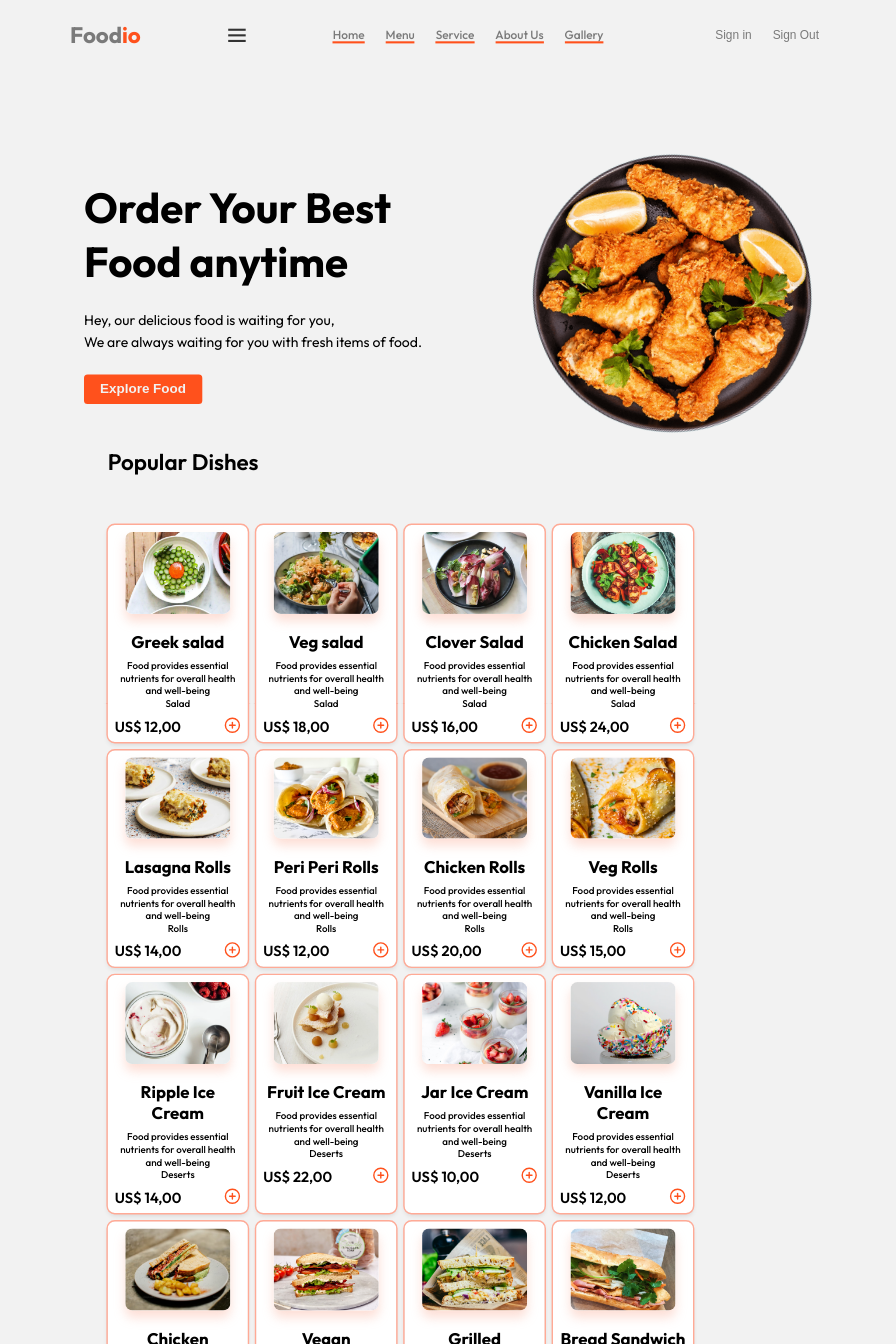
Repository: guilhermecardoso93/foodio
Page: /
An editor plug-in stored every save of this project. The page is shown before and after the next save, followed by the edit.
The browser window is 1280 px wide. The pictures show the part of the page from y = 0 to 1920 px (the page is 3481 px tall before and 720 px after), at 70% of full size.
The project was rebuilt for these pictures with package versions that can differ from the ones it lists, and the page was loaded fresh each time. Also part of the build but not shown: vite.config.js, src/index.css.

Above is the page before, as saved 2024-11-05 20:54:54.

After the next save:
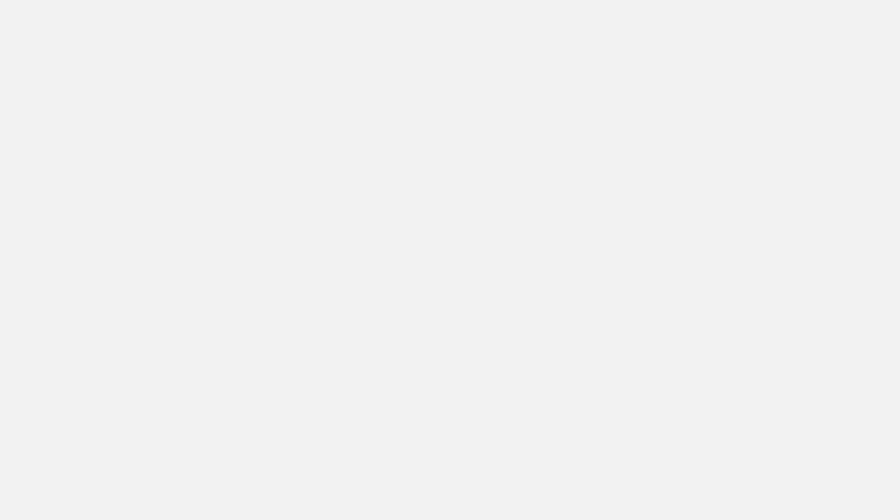
Console error: TypeError: Cannot read properties of null (reading 'classList')
Saved 108 s later.
--- a/src/components/Menu/index.jsx
+++ b/src/components/Menu/index.jsx
@@ -1,7 +1,9 @@
 import "./styles.css";
 
 export function Menu() {
-  function toggleMenu() {}
+  function toggleMenu() {
+    document.querySelector(".navbar").classList.toggle('active');
+  }
 
   return (
     <div className="navbar">

After the 4 saves that followed:
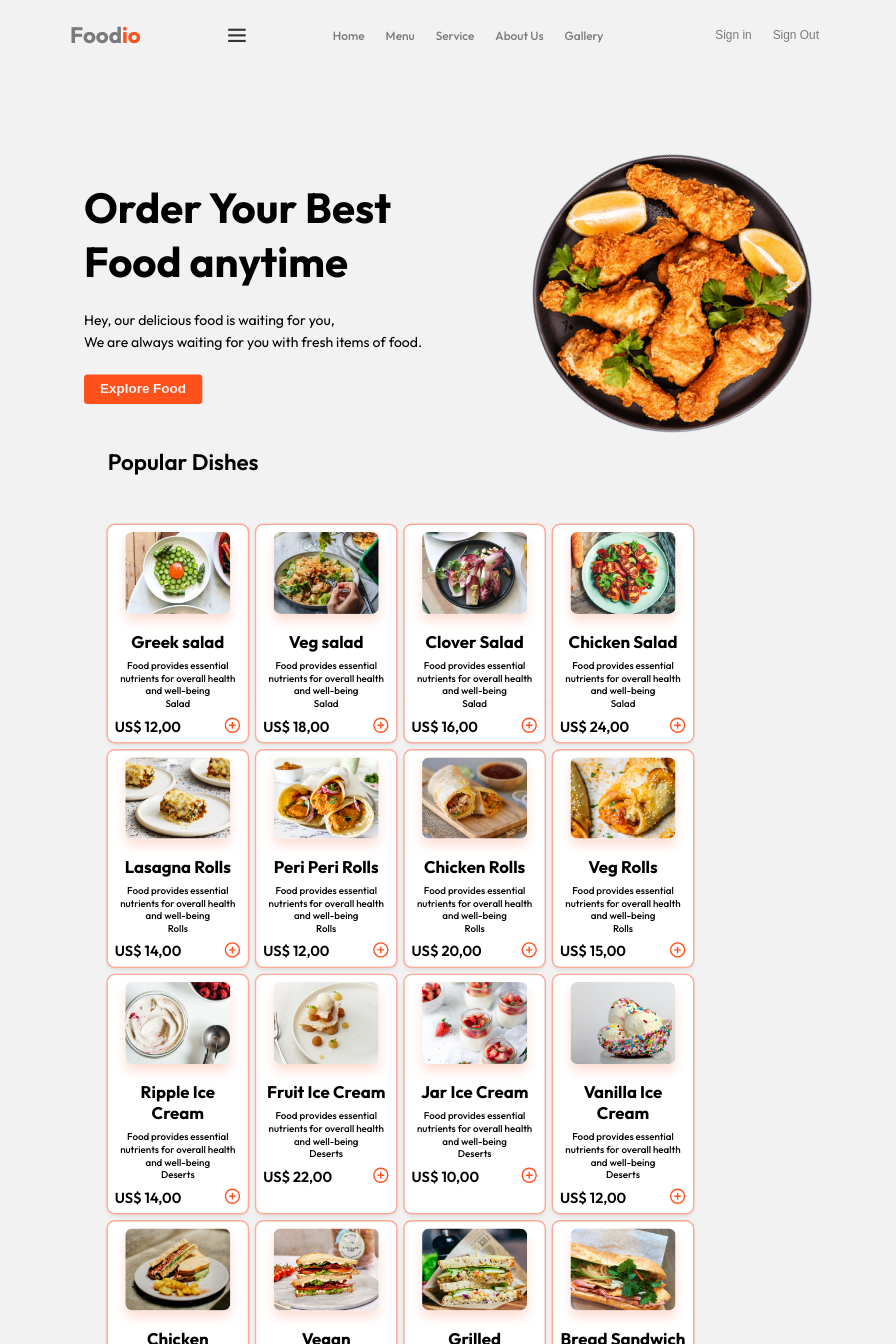
The error is gone.
The 4 saves are shown as one change because 2 did not build or start and 1 left the picture as it was.
The last was saved 2 min 56 s later.
--- a/src/components/Menu/index.jsx
+++ b/src/components/Menu/index.jsx
@@ -1,36 +1,39 @@
+import { useState } from "react";
 import "./styles.css";
 
 export function Menu() {
-  function toggleMenu() {
-    document.querySelector(".navbar").classList.toggle('active');
-  }
+  const [isActive, setIsActive] = useState(false);
+
+  const toggleMenu = () => {
+    setIsActive(!isActive);
+  };
 
   return (
-    <div className="navbar">
+    <div className={`navbar ${isActive ? "active" : ""}`}>
       <div className="navbar-logo">
         <h1>
           Food<b>io</b>
         </h1>
       </div>
-      <div className="hamburguer" onClick={toggleMenu()}>
+      <div className="hamburguer" onClick={toggleMenu}>
         <span className="bar"></span>
         <span className="bar"></span>
         <span className="bar"></span>
       </div>
-      <ul className="navbar-link">
-        <li className="active">
+      <ul className={`navbar-link ${isActive ? "show" : ""}`}>
+        <li>
           <a href="/">Home</a>
         </li>
-        <li className="active">
+        <li>
           <a href="/">Menu</a>
         </li>
-        <li className="active">
+        <li>
           <a href="/">Service</a>
         </li>
-        <li className="active">
+        <li>
           <a href="/">About Us</a>
         </li>
-        <li className="active">
+        <li>
           <a href="/">Gallery</a>
         </li>
       </ul>
